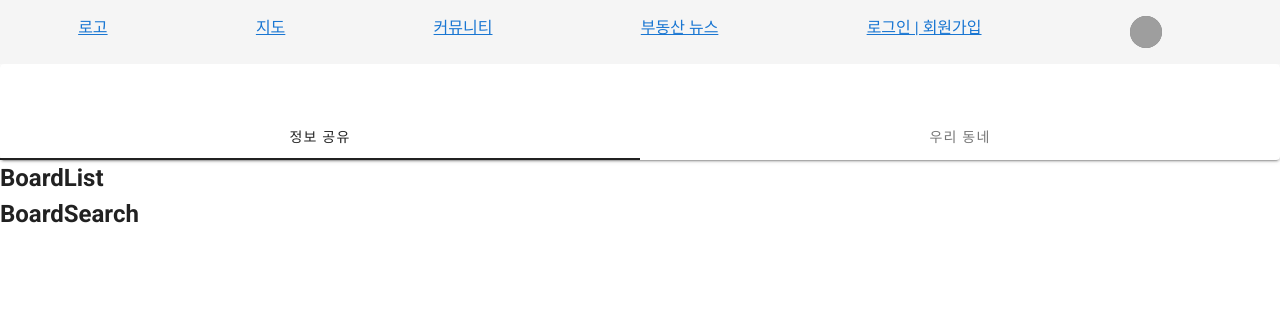
Repository: misso88/vue-whereIsMyHome
Page: /community
These files come from the project's save history. The page is drawn as it stood at one moment and after the next save; the edit follows.
The browser window is 1280 px wide. The pictures show the whole page.
The project was rebuilt for these pictures with package versions that can differ from the ones it lists, and the page was loaded fresh each time. Also part of the build but not shown: vue.config.js, src/views/AppMain.vue, src/components/house/sidebar/HouseListItem.vue, src/components/house/sidebar/HouseList.vue, src/components/house/sidebar/HouseListFilter.vue, src/components/house/sidebar/HouseSidebar.vue, src/components/house/map/HouseMapFilter.vue, src/components/house/map/HouseMap.vue and 2 more.

Above is the page before, as saved 2022-11-16 10:39:10.

After the next save:
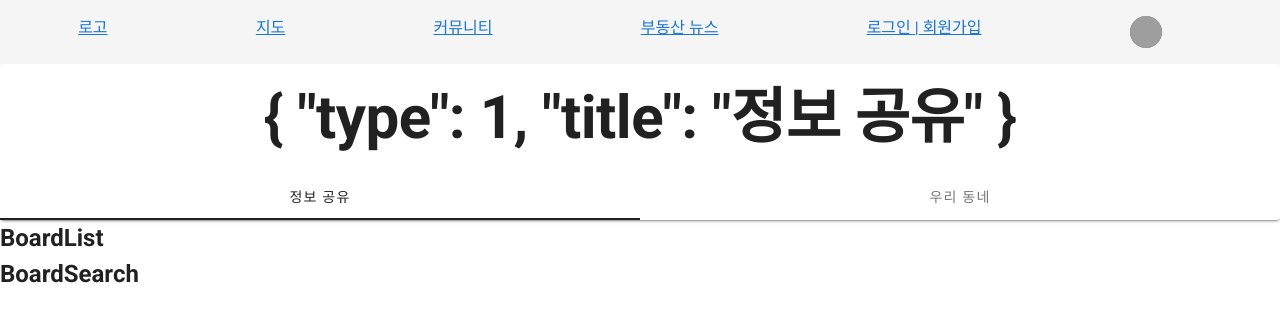
Saved 4 s later.
--- a/src/components/board/BoardHeader.vue
+++ b/src/components/board/BoardHeader.vue
@@ -45,7 +45,7 @@ export default {
       }
     },
     created() {
-      this.tab = this.tab
+      this.tab = this.tabs[0];
     },
     methods: {
         a(type){
